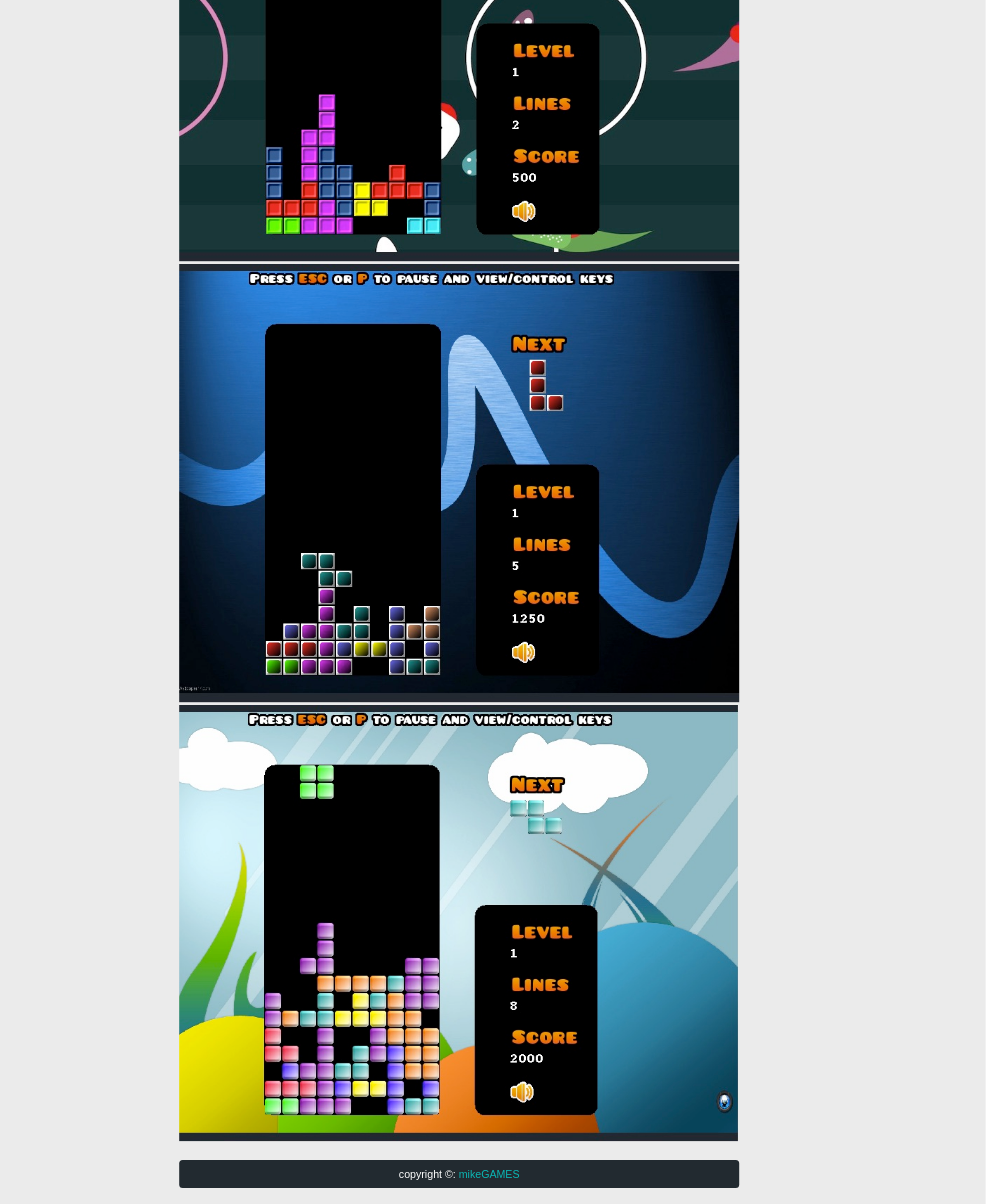
Repository: mike7544/workspace
Page: MikeGames/WebContent/screenshots.html
The author's editor kept a copy of each file at every save. The page is drawn from the files as they stood at one save, then again after the next save.
The browser window is 1280 px wide. The page is 1408 px wide, so the pictures cover 1408 px, including what lies to the right of the window. The pictures show the part of the page from y = 1993 to 3713 px (the page is 3713 px tall), at 70% of full size.

Above is the page before, as saved 2015-07-02 11:55:45.

### MikeGames/WebContent/screenshots.html
<!DOCTYPE html>

<html>
<head>
	<title>Screenshots</title>
	<meta charset="utf-8" />

	<link rel="stylesheet" href="stylesheet.css">
	<meta name="viewpot" content="width=device-width, initial-scale=1.0">
	<style>
		.middlecontent {
			color:black;
			font-size: 25px;
		}
	</style>

</head>


<body class="body">
	<header class="mainheader">
		<img src="img/logo.gif">

		<nav><ul>
			<li><a href="index.jsp">Home</a></li>
			<li class="active"><a href="#">Screenshots</a></li>
			<li><a href="troubleshoot.html">Troubleshoot</a></li>
			<li><a href="about.html">About</a></li>
			<li><a href="login.html">Login</a></li>
		</ul></nav>
	</header>

	<div class="maincontent">
		<div class="content">
			<div class="topcontent">
				<header>
					<h2 class="title">SCREENSHOTS</h2>
				</header>
			</div>


			<div class="middlecontent">

					<p>Game has many themes <br />
					   See instructions on how to change themes and background
					</p>
				<img src="img_screens/gravel.jpg" width="800">
				<img src="img_screens/playgame.jpg" width="800">
				<img src="img_screens/soccer.jpg" width="800">
				<img src="img_screens/bluewave.jpg" width="800">
				<img src="img_screens/colorfull.jpg" width="800">




			</div>

		</div>
	</div>
	<footer class="mainfooter">
		<p>copyright &copy;: <a href="index.jsp"title="mikeGAMES">mikeGAMES</a></p>
	</footer>
</body>

</html>

### MikeGames/WebContent/stylesheet.css

body {
	background-image: url('img/bg.png');
	color:#fff;
	font-size: 87.5%;
	font-family: Arial,'Lucide Sans Unicode';
	line-height: 1.5;
	text-align: left;


}
p {
	text-align:center;
}
a {
	text-decoration: none;
}

a:link, a:visited {
	color:#0bb7b5;
}

a:hover, a:active {
	background-color:#0bb7b5;
	color: #fff;
}
.title {
	color:#0bb7b5;
}
.body {
	width:90%;
	font-size: 95%;
	margin-left: 20%;
	clear:both;
}

.mainheader img {
	width: 800px;
	margin: 2% 0;

}

.mainheader nav {
	background-color:#222A30;
	height: 40px;
	width: 800px;
	border-radius: 5px;
	-moz-border-radius: 5px;
	-webkit-border-radius: 5px;

}

.mainheader nav ul {
	list-style: none;
	margin: 0 auto;
}

.mainheader nav ul li {
	float: left;
	display: inline;
}

.mainheader nav a:link, .mainheader nav a:visited {
	color: #fff;
	display: inline-block;
	padding: 10px 25px;
	height: 20px;
}

.mainheader nav a:hover, .mainheader nav a:active,
.mainheader nav .active a:link, .mainheader nav .active a:visited {
	background-color: #0bb7b5;
	text-shadow: none;

}

.mainheader nav ul li a {
	border-radius: 5px;
	-moz-border-radius: 5px;
	-webkit-border-radius: 5px;

}

.maincontent {
	line-height: 25px;
	border-radius: 5px;
	-moz-border-radius: 5px;
	-webkit-border-radius: 5px;

}

.content {
	width: 800px;
	float: left;

}

.topcontent {

	background-color: #222A30;
	border-radius: 5px;
	-moz-border-radius: 5px;
	-webkit-border-radius: 5px;

	padding-left: 5%;
	padding-top: 1px;
	padding-bottom: 1em;
	margin-top: 2%;
}

.bottomcontent, #applet {

	background-color:#222A30;
	border-radius: 5px;
	padding-top: 2%;
    padding-bottom: 2%;
	margin-top: 20px;

	-moz-border-bottom:200px;

}



.mainfooter {
	width: 800px;
	height: 40px;
	float: left;
	border-radius: 5px;
	-moz-border-radius: 5px;
	-webkit-border-radius: 5px;
	background-color: #222A30;
	margin: 2% 0;

}
.mainfooter p {
	width: 92%;
	margin: 10px auto;
	color:#fff;
}

After the next save:
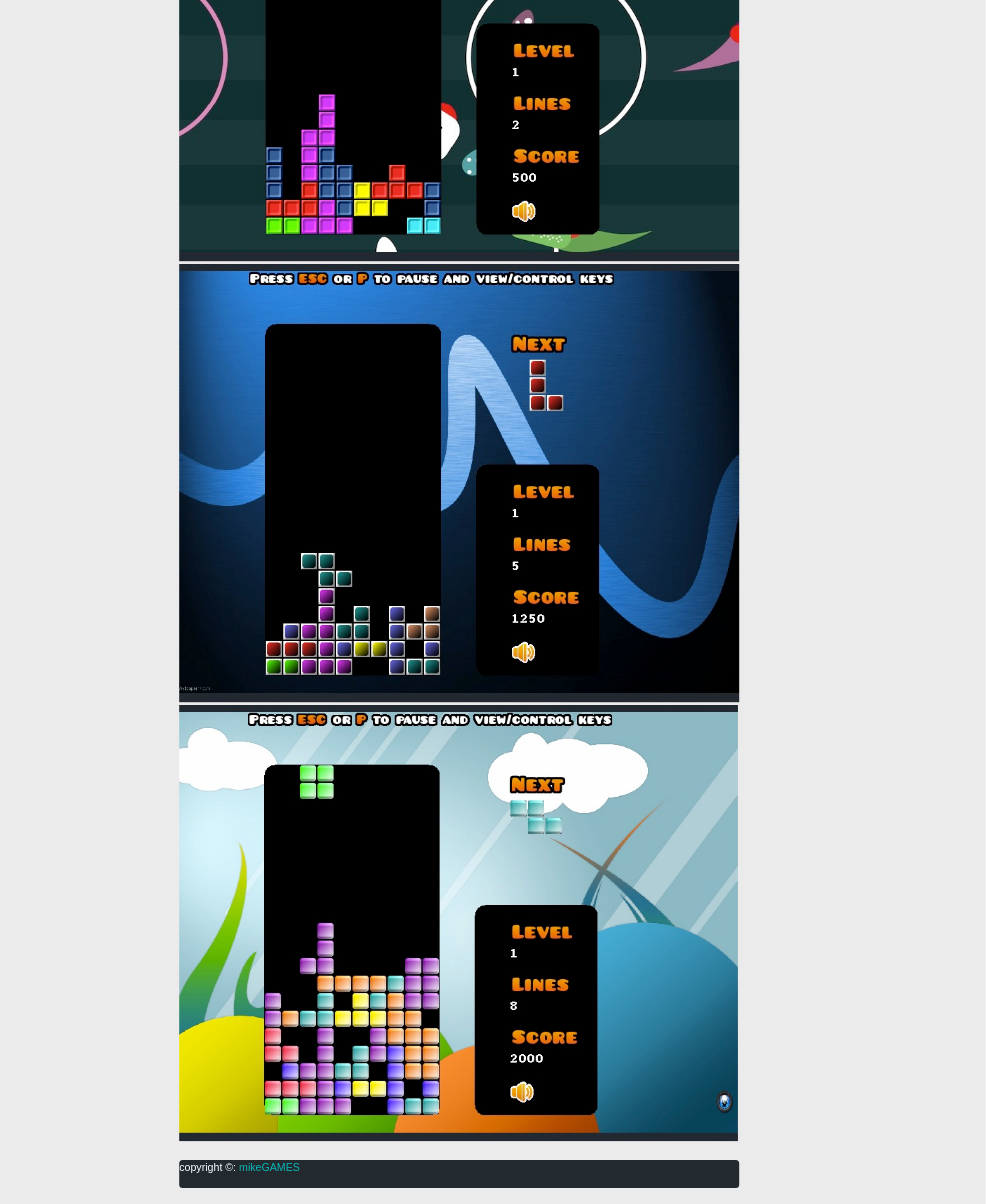
Saved 111 s later.
--- a/MikeGames/WebContent/screenshots.html
+++ b/MikeGames/WebContent/screenshots.html
@@ -58,7 +58,7 @@
 		</div>
 	</div>
 	<footer class="mainfooter">
-		<p>copyright &copy;: <a href="index.jsp"title="mikeGAMES">mikeGAMES</a></p>
+		copyright &copy;: <a href="index.jsp"title="mikeGAMES">mikeGAMES</a>
 	</footer>
 </body>
 
